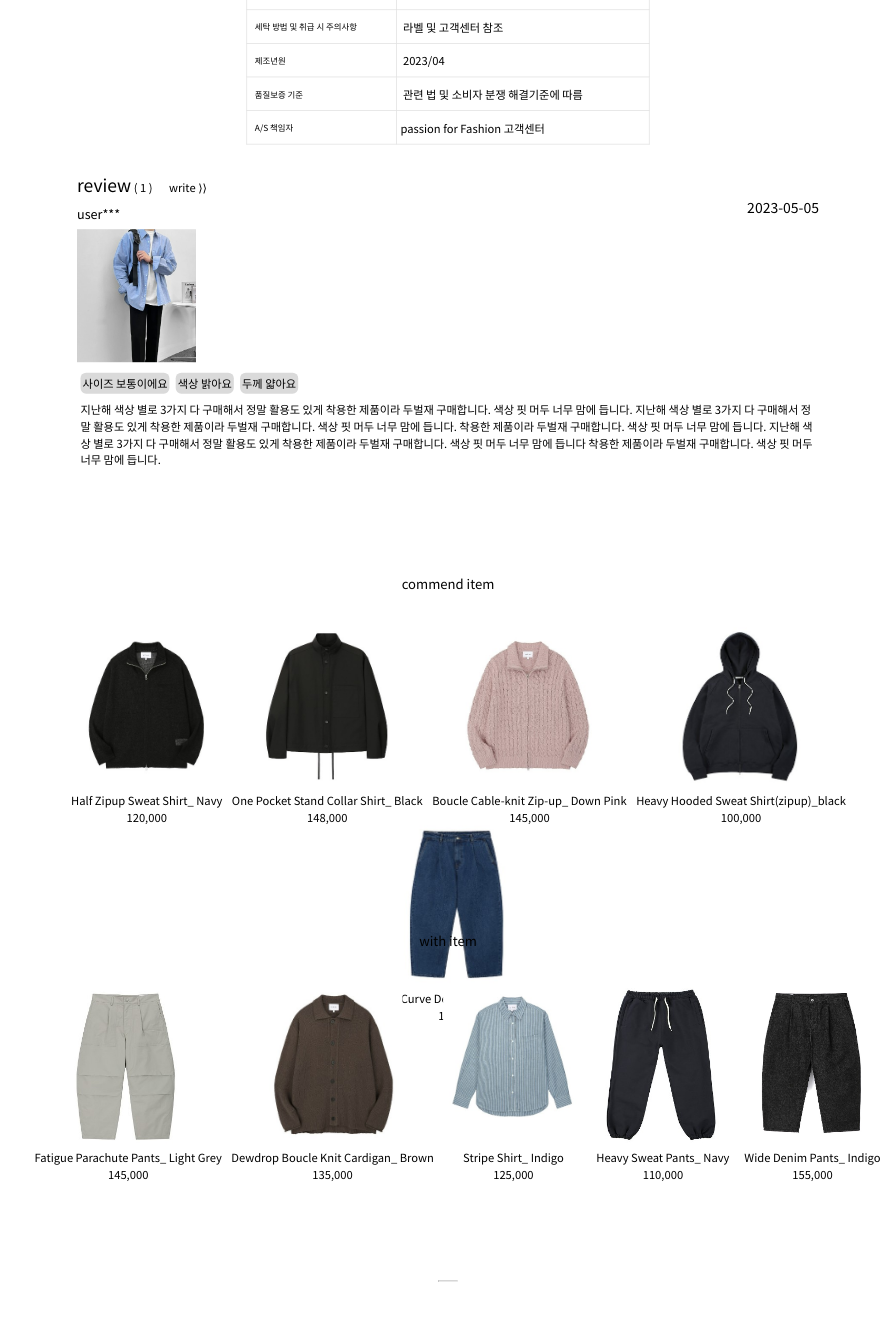
Repository: mcw9503/PassionForFashion
Page: Semi_Project/src/main/webapp/WEB-INF/Product_Information.html
The author's editor kept a copy of each file at every save. The page is drawn from the files as they stood at one save, then again after the next save.
The browser window is 1280 px wide. The pictures show the part of the page from y = 3458 to 5378 px (the page is 6306 px tall before and 6342 px after), at 70% of full size.

Above is the page before, as saved 2023-05-08 14:20:32.

After the next save:
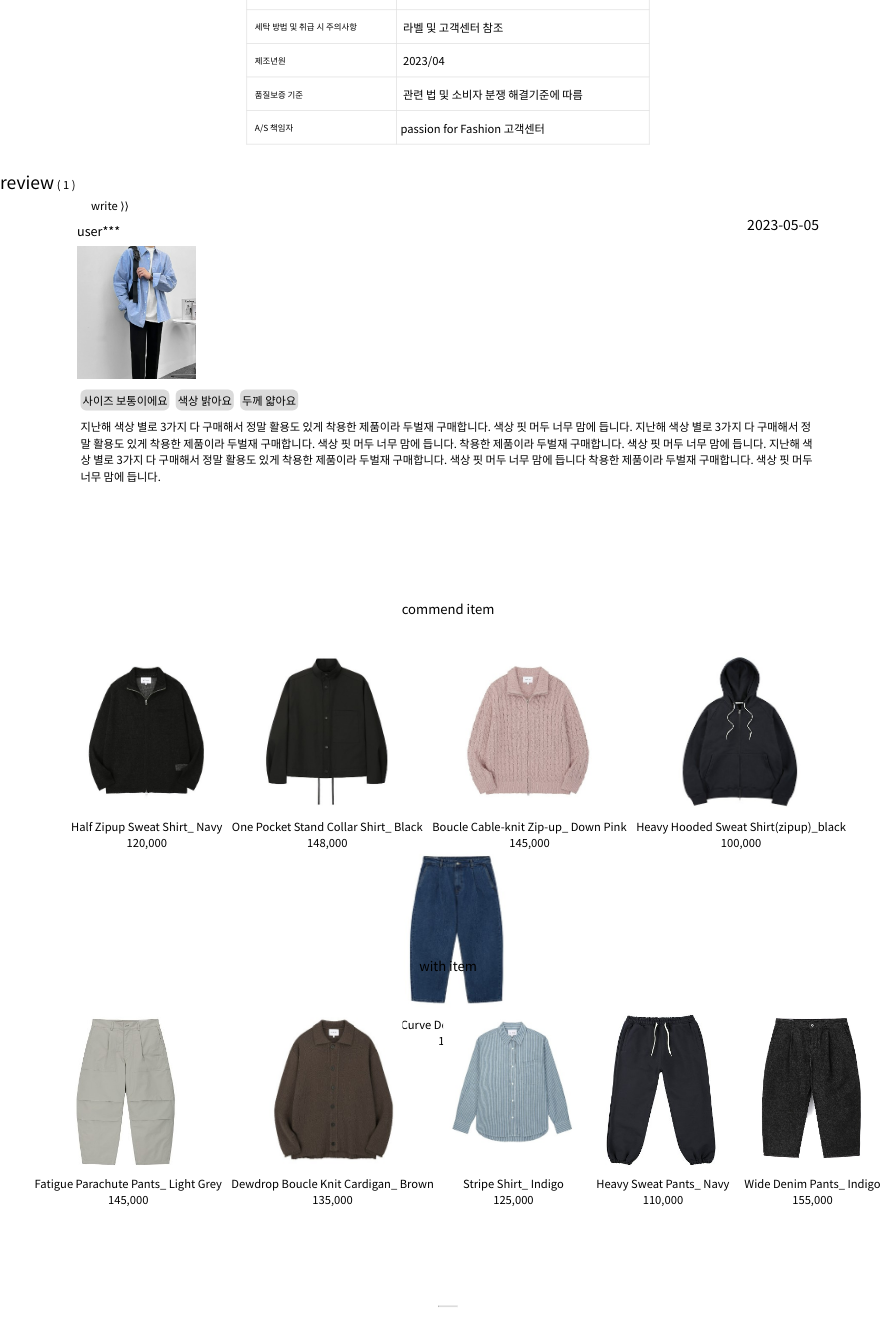
Saved 37 s later.
--- a/Semi_Project/src/main/webapp/WEB-INF/Product_Information.html
+++ b/Semi_Project/src/main/webapp/WEB-INF/Product_Information.html
@@ -540,10 +540,11 @@ input[type="number"]::-webkit-outer-spin-button, input[type="number"]::-webkit-i
 		</div>
 	</div>
 <!-- 	<hr style="color: #dfdfdf; width: 90%; margin: auto;"> -->
+
+	<h3 style="display: inline-block; font-size: 25px; font-weight: 200;">review</h3>
+		( <span>1</span> )
 	<div class="reviewWrap"
 		style="margin-left: 110px; margin-right: 110px; margin-top: 5px;">
-		<h3 style="display: inline-block; font-size: 25px; font-weight: 200;">review</h3>
-		( <span>1</span> )
 		<span style="margin-left: 20px; font-weight: 200;" onclick=""> write &rang;&rang;</span>
 <!-- 		<div style="font-weight: 200;"> -->
 <!-- 			구매만족도<span class="reviewGrade" style="font-weight: 200;">5.0</span> -->
